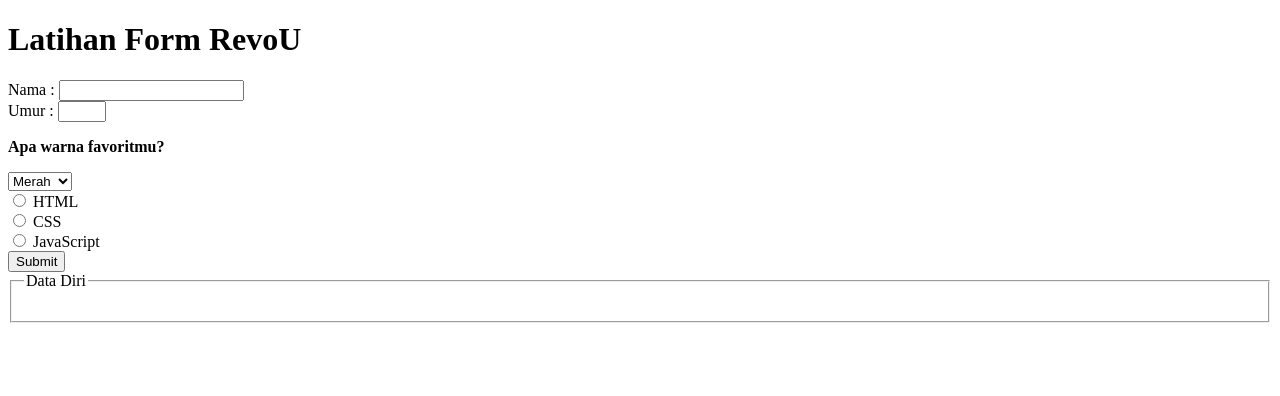
Repository: esramrsln/day2_RevoU
Page: form.html
These files come from the project's save history. The page is drawn as it stood at one moment and after a run of saves; the edit follows.
The browser window is 1280 px wide. The pictures show the whole page.

Above is the page before, as saved 2024-07-23 21:40:50.

### form.html
<!DOCTYPE html>
<html>
<head>
    <meta charset="UTF-8" />
    <title>Membuat Form sederhana</title>
</head>
<body>
    <h1>Latihan Form RevoU</h1>
    <form action="https://search.yahoo.com/search?d=%7b%22dn%22%3a%22yk%22%2c%22subdn%22%3a%22company%22%2c%22ykid%22%3a%225929ee1f-b3d5-4187-90c2-a7bf3ccba9d0%22%7d&fr2=p%3ads%2cv%3aomn%2cm%3asa%2cbrws%3achrome%2cpos%3a1&fr=mcafee&type=E211US714G0&p=Google" method="post">
        <label for="name">Nama :</label>
        <input id="name" type="text"/>
        <br>
        <label for="umur">Umur :</label>
        <input id="umur" type="number" min="1" max="9">
        <p><b> Apa warna favoritmu?</b></p>
        <select name="" id="">
            <option value="">Merah</option>
            <option value="">Kuning</option>
            <option value="">Hijau</option>
        </select>

        <br>
        <input type="radio" name="fav_language" id="html" value="HTML">
        <label for="html">HTML</label><br>

        <input type="radio" name="fav_language" id="css" value="CSS">
        <label for="html">CSS</label><br>

        <input type="radio" name="fav_language" id="javascript" value="JavaScript">
        <label for="html">JavaScript</label><br>

        <input type="Submit" value="Submit">

    </form>


    <fieldset>
        <legend>Data Diri</legend>
        <p></p>
    </fieldset>
</body>
</html>

After the next 3 saves:
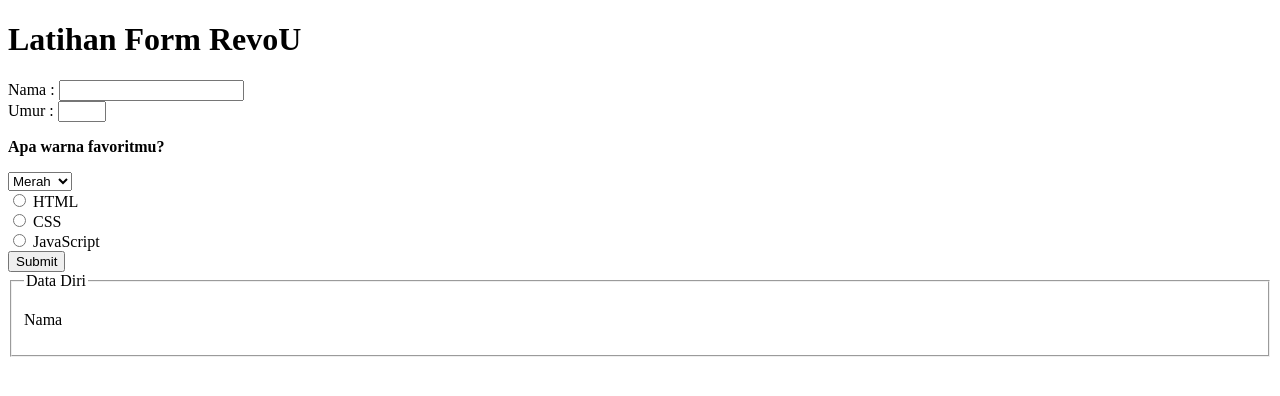
The 3 saves are shown as one change because they came seconds apart.
The last was saved 20 s later.
--- a/form.html
+++ b/form.html
@@ -36,7 +36,7 @@
 
     <fieldset>
         <legend>Data Diri</legend>
-        <p></p>
+        <p><label for="nama">Nama</label></p>
     </fieldset>
 </body>
 </html>
